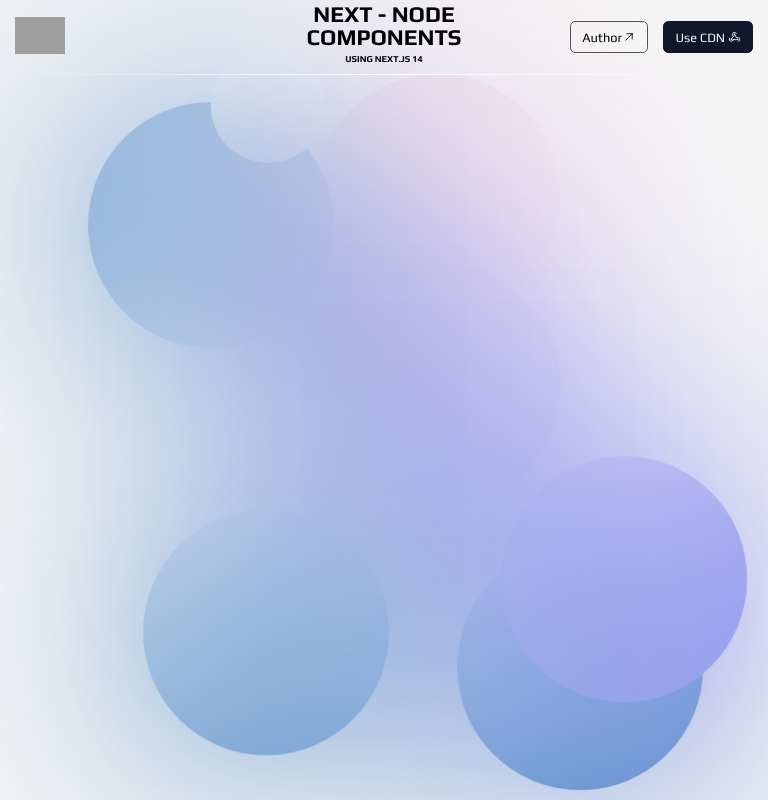
Repository: keval-gohil/komponents
Page: /
These files come from the project's save history. The page is drawn as it stood at one moment and after the next save; the edit follows.
The browser window is 768 px wide. The pictures show the whole page.
Pictures or frames that could not be fetched are drawn as grey boxes. Some web fonts or font styles are not loaded; a fallback is used. The project was rebuilt for these pictures with package versions that can differ from the ones it lists, and the page was loaded fresh each time. The framework's server and built-in components were replaced by stand-ins that run in the browser. Also part of the build but not shown: next.config.mjs.

Above is the page before, as saved 2024-03-07 19:14:20.

### app/layout.js
import { Inter } from "next/font/google";
import "./globals.css";

const inter = Inter({ subsets: ["latin"] });

export const metadata = {
  title: "Komponents",
  description: "Generated by create next app",
};

export default function RootLayout({ children }) {
  return (
    <html lang="en" suppressHydrationWarning={true}>
      <head>
          <link rel="shortcut icon" href="https://i.postimg.cc/fL7N76VX/k-icon.png" />
        </head>
      <body className={inter.className}>{children}</body>
    </html>
  );
}

### app/page.js
import Background from '@/components/reuse/background'
import Header from '@/components/reuse/header'
import React from 'react'

const page = () => {
  return (
    <>
      <Background />
      <Header />
    </>
  )
}

export default page

### app/globals.css

*,
*:before,
*:after {
	padding: 0;
	margin: 0;
	box-sizing: border-box;
	-webkit-tap-highlight-color: transparent;
}

html {
	scroll-behavior: smooth;
	font-size: 10px;
}

body {
	width: 100%;
	height: 100%;
	overflow-x: hidden;
	background-color: whitesmoke;
}

.bouncing-blob {
	width: 32vw;
	aspect-ratio: 1;
	border-radius: 50%;
	will-change: transform;
	position: absolute;
	z-index: 1;
	top: 0;
	left: 0;
	transform-origin: left top;
  }

  .bouncing-blob--blue {
	background: #4783c7;
  }

  .bouncing-blob--white {
	background: #ffffff;
	z-index: 2;
	width: 15vw;
  }

  .bouncing-blob--purple {
	background: #8c8ff1;
  }

  .bouncing-blob--pink {
	background: #e289cd50;
  }

  .bouncing-blobs-container {
	position: fixed;
	z-index: -1;
	top: 0;
	left: 0;
	width: 100%;
	height: 100%;
  }

  .bouncing-blobs-glass {
	position: absolute;
	z-index: 2;
	top: 0;
	left: 0;
	width: 100%;
	height: 100%;
	backdrop-filter: blur(140px);
	-webkit-backdrop-filter: blur(140px);
	pointer-events: none;
  }

  .bouncing-blobs {
	position: absolute;
	z-index: 1;
	top: 0;
	left: 0;
	width: 100%;
	height: 100%;
  }

  .main-content {
	display: flex;
	flex-direction: column;
	justify-content: center;
	align-items: center;
	width: 100%;
  }




  @media (max-width: 1200px) {
	.bouncing-blobs-glass {
	  backdrop-filter: blur(120px);
	  -webkit-backdrop-filter: blur(120px);
	}
  }

  @media (max-width: 500px) {
	.bouncing-blob {
	  width: 60vw;
	}
	.bouncing-blob--white {
	  width: 30vw;
	}
	.bouncing-blobs-glass {
	  backdrop-filter: blur(90px);
	  -webkit-backdrop-filter: blur(90px);
	}

  }






  @media (max-width: 1300px) {
	html{
		font-size: 9.5px;
	}
  }
  @media (max-width: 1200px) {
	html{
		font-size: 9px;
	}
  }
  @media (max-width: 1100px) {
	html{
		font-size: 8.5px;
	}
  }
  @media (max-width: 900px) {
	html{
		font-size: 8px;
	}
  }
  @media (max-width: 800px) {
	html{
		font-size: 7.5px;
	}
  }
  @media (max-width: 700px) {
	html{
		font-size: 7px;
	}
  }
  @media (max-width: 600px) {
	html{
		font-size: 6.5px;
	}
  }
  @media (max-width: 500px) {
	html{
		font-size: 6px;
	}
  }
  @media (max-width: 400px) {
	html{
		font-size: 5.5px;
	}
  }
  @media (max-width: 300px) {
	html{
		font-size: 5px;
	}
  }

### components/reuse/background.js
'use client'
import React, { useEffect } from 'react';

const MIN_SPEED = 1.5;
const MAX_SPEED = 2.5;

function randomNumber(min, max) {
  return Math.random() * (max - min) + min;
}

class Blob {
  constructor(el) {
    this.el = el;
    const boundingRect = this.el.getBoundingClientRect();
    this.size = boundingRect.width;
    this.initialX = randomNumber(0, window.innerWidth - this.size);
    this.initialY = randomNumber(0, window.innerHeight - this.size);
    this.el.style.top = `${this.initialY}px`;
    this.el.style.left = `${this.initialX}px`;
    this.vx =
      randomNumber(MIN_SPEED, MAX_SPEED) * (Math.random() > 0.5 ? 1 : -1);
    this.vy =
      randomNumber(MIN_SPEED, MAX_SPEED) * (Math.random() > 0.5 ? 1 : -1);
    this.x = this.initialX;
    this.y = this.initialY;
  }

  update() {
    this.x += this.vx;
    this.y += this.vy;
    if (this.x >= window.innerWidth - this.size) {
      this.x = window.innerWidth - this.size;
      this.vx *= -1;
    }
    if (this.y >= window.innerHeight - this.size) {
      this.y = window.innerHeight - this.size;
      this.vy *= -1;
    }
    if (this.x <= 0) {
      this.x = 0;
      this.vx *= -1;
    }
    if (this.y <= 0) {
      this.y = 0;
      this.vy *= -1;
    }
  }

  move() {
    this.el.style.transform = `translate(${this.x - this.initialX}px, ${
      this.y - this.initialY
    }px)`;
  }
}

function Background() {
  useEffect(() => {
    const blobEls = document.querySelectorAll('.bouncing-blob');
    const blobs = Array.from(blobEls).map((blobEl) => new Blob(blobEl));

    function update() {
      requestAnimationFrame(update);
      blobs.forEach((blob) => {
        blob.update();
        blob.move();
      });
    }

    requestAnimationFrame(update);

    return () => cancelAnimationFrame(update);
  }, []);

  return (
    <div className="bouncing-blobs-container">
      <div className="bouncing-blobs-glass"></div>
      <div className="bouncing-blobs">
        <div className="bouncing-blob bouncing-blob--blue"></div>
        <div className="bouncing-blob bouncing-blob--blue"></div>
        <div className="bouncing-blob bouncing-blob--blue"></div>
        <div className="bouncing-blob bouncing-blob--white"></div>
        <div className="bouncing-blob bouncing-blob--purple"></div>
        <div className="bouncing-blob bouncing-blob--purple"></div>
        <div className="bouncing-blob bouncing-blob--pink"></div>
      </div>
    </div>
  );
}

export default Background;

### components/reuse/header.js
import React from 'react'
import Style from '@/components/reuse/styles/style.css'
import Responsive from '@/components/reuse/styles/responsive.css'

const Header = () => {
  return (
    <>
        <nav>
            <h1><a href="#"><img src="https://i.postimg.cc/nhkHj3RM/k-logo.png" alt="" /></a></h1>
            <h2>Next - Node Components<span>using Next.js 14</span></h2>
            <div>
              <button>Author <i className='mynaui--arrow-up-right'></i></button>
              <button>Use CDN&nbsp;<i className='ph--webhooks-logo'></i></button>
            </div>
        </nav>
    </>
  )
}

export default Header

### components/reuse/styles/style.css

@import url('https://fonts.googleapis.com/css2?family=Anta&family=Play:wght@400;700&display=swap');


nav{
    display: flex;
    justify-content: space-between;
    align-items: center;
    background: transparent;
    backdrop-filter: blur(20px);
    height: 10rem;
    border-bottom: 0.2rem solid transparent;
    border-image: linear-gradient(0.25turn, rgba(56,2,155,0), #fff, rgba(56,2,155,0));
    border-image-slice: 1;
    padding: 0 2rem;
}
nav h1{
    width: 25%;
}
nav h1 img{
    height: 5rem;
}
nav h2{
    display: flex;
    flex-direction: column;
    text-align: center;
    font-family: "Play", sans-serif;
    font-weight: 800;
    text-transform: uppercase;
    line-height: 3rem;
    font-size: 3rem;
}
nav h2 span{
    font-size: 1.2rem;
    margin: 0;
    padding: 0;
}

nav div{
    width: 25%;
    display: flex;
    justify-content: end;
    gap: 2rem;
}
nav div button{
    display: flex;
    align-items: end;
    font-size: 1.7rem;
    padding: 1rem 1.5rem;
    padding-bottom: 1rem;
    border: 0.1rem solid #525252;
    border-radius: 0.7rem;
    background: transparent;
    cursor: pointer;
    font-family: "Play", sans-serif;
}
nav div button .mynaui--arrow-up-right {
    display: inline-block;
    width: 1.1em;
    height: 1.1em;
    --svg: url("data:[embedded picture, 231 characters]");
    background-color: currentColor;
    -webkit-mask-image: var(--svg);
    mask-image: var(--svg);
    -webkit-mask-repeat: no-repeat;
    mask-repeat: no-repeat;
    -webkit-mask-size: 100% 100%;
    mask-size: 100% 100%;
}
nav div button .ph--webhooks-logo {
    display: inline-block;
    width: 1em;
    height: 1em;
    --svg: url("data:[embedded picture, 574 characters]");
    background-color: currentColor;
    -webkit-mask-image: var(--svg);
    mask-image: var(--svg);
    -webkit-mask-repeat: no-repeat;
    mask-repeat: no-repeat;
    -webkit-mask-size: 100% 100%;
    mask-size: 100% 100%;
}

nav div button:nth-child(2){
    background: #0f172a;
    border-color: #0f172a;
    color: #fff;
    align-items: center;
}
nav div button:hover {
    text-decoration: underline;
}

### components/reuse/styles/responsive.css
@media (max-width: 900px) {
	nav{
        display: flex;
        justify-content: space-between;
        align-items: center;
    }
    nav h1{
        width: 50%;
    }

    nav h2{
        display: flex;
        flex-direction: column;
        text-align: center;
        font-family: "Play", sans-serif;
        font-weight: 800;
        text-transform: uppercase;
        line-height: 3rem;
        font-size: 3rem;
    }

    nav div{
        width: 50%;
        display: flex;
        justify-content: end;
        gap: 2rem;
    }
  }

After the next save:
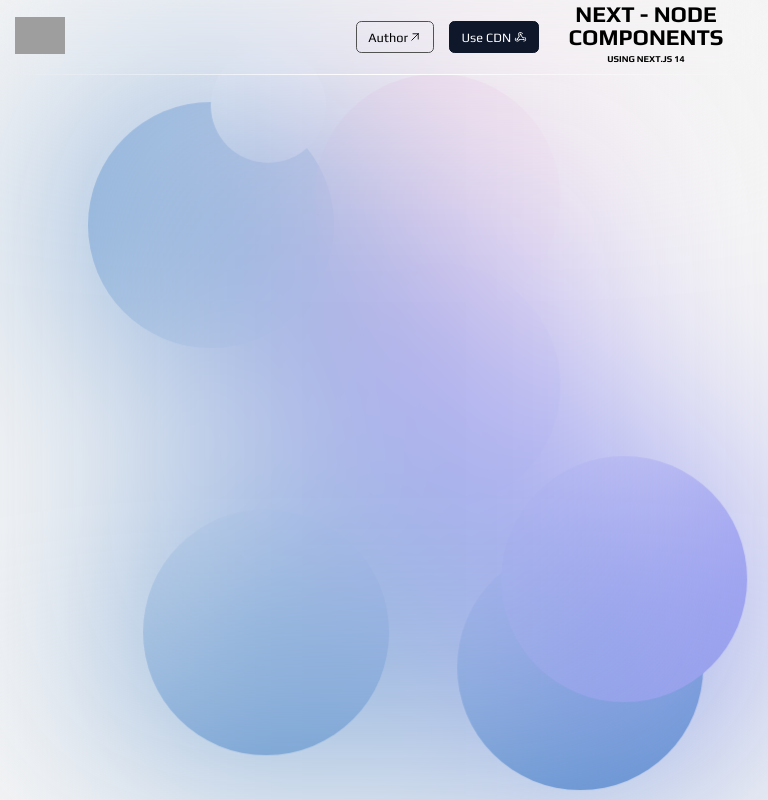
Saved 73 s later.
--- a/components/reuse/styles/responsive.css
+++ b/components/reuse/styles/responsive.css
@@ -10,6 +10,7 @@
 
     nav h2{
         display: flex;
+        order: 3;
         flex-direction: column;
         text-align: center;
         font-family: "Play", sans-serif;
